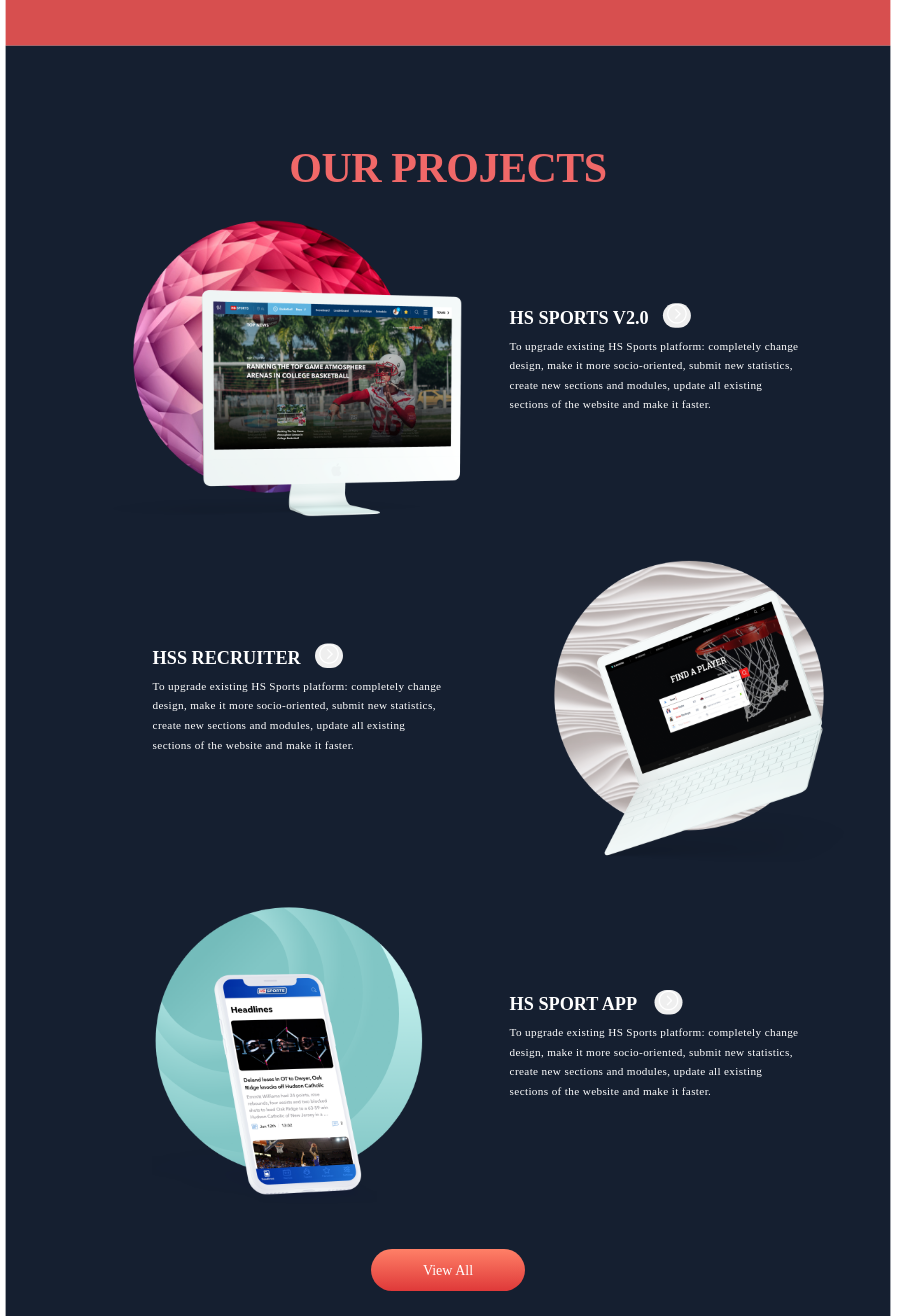
Repository: batonAnton/Ukiepro_girl
Page: MainPage.html
The author's editor kept a copy of each file at every save. The page is drawn from the files as they stood at one save, then again after the next save.
The browser window is 1280 px wide. The page is 1318 px wide, so the pictures cover 1318 px, including what lies to the right of the window. The pictures show the part of the page from y = 3566 to 5446 px (the page is 9087 px tall), at 70% of full size.

Above is the page before, as saved 2020-04-21 16:20:22.

### MainPage.html
<!DOCTYPE html>
<html lang="en">
  <head>
    <meta charset="UTF-8" />
    <meta name="viewport" content="width=device-width, initial-scale=1.0" />
    <meta content="width=device-width, initial-scale=1" name="viewport" />
    <title>Main Page</title>
    <link rel="stylesheet" href="./Css/style.css" />
    <link rel="stylesheet" href="./Css/media-query.css" />
    <link rel="stylesheet" href="Css/owl.carousel.min.css" />

    <script
      src="https://code.jquery.com/jquery-3.4.1.slim.min.js"
      integrity="sha256-pasqAKBDmFT4eHoN2ndd6lN370kFiGUFyTiUHWhU7k8="
      crossorigin="anonymous"
    ></script>
    <script src="js/owl.carousel.min.js"></script>
    <script src="js/owl-carousel.js"></script>
  </head>
  <body>
    <div>
      <div class="block1">
        <nav>
          <a href="">services</a>
          <a href="">about</a>
          <a href="">portfolio</a>
          <a href="">contact</a>
        </nav>
        <div class="big_logo">
          <img src="./img/Combined_Shape.png" alt="" />

          <div class="btn_block1">
            <p>
              Automating your <br />
              business is up to
            </p>

            <button>Contact us</button>
          </div>
        </div>
        <div class="girl">
          <img src="./img/girl.png" alt="" />
        </div>
      </div>

      <div class="container block2">
        <div class="block2_info">
          <div class="block2_img">
            <img src="/img/block2_logo.png" alt="" />
          </div>

          <div class="weare">
            <h1 class="h1_general">we are</h1>
            <p>
              Business is not about success but about efficiency! <br />
              We are engaged in the implementation of automated <br />
              solutions for commercially-oriented projects. We <br />
              redesign in order to save your time and money.
            </p>
            <button>More about us</button>
          </div>
        </div>

        <div class="container three_img_info">
          <div class="same_img_info">
            <h1>designers</h1>
            <img src="./img/designer.png" alt="" />
            <p>create</p>
          </div>

          <div class="same_img_info">
            <h1>developers</h1>
            <img src="./img/developers.png" alt="" />
            <p>programme</p>
          </div>

          <div class="same_img_info">
            <h1>qa testers</h1>
            <img src="./img/qa.png" alt="" />
            <p>quality</p>
          </div>
        </div>

        <div class="container block2_info2">
          <div class="wemake">
            <h1 class="h1_general">we make</h1>

            <p>
              New tools for organizing new approaches and principles of <br />
              work. <br />
              We create custom websites and mobile applications from <br />
              scratch. We take a new look at ready-made websites and <br />
              mobile applications. <br />
              Basically, these are business tools that organize people's <br />
              work, and help to collect and analyze information.
            </p>

            <button>Our services</button>
          </div>

          <div class="block2_img_rombo">
            <img src="/img/rombo.png" alt="" />
          </div>
        </div>

        <div class="container block2_info2 lastblock">
          <!-- <div> -->
          <h1 class="h1_general" style="margin-left: 10%;">
            technology partner for
          </h1>
          <!-- </div> -->

          <div class="same_img_info">
            <h1>co-founder</h1>
            <img src="./img/co-founder.png" alt="" />
          </div>

          <div class="same_img_info">
            <h1>
              small & medium <br />
              businesses
            </h1>
            <img src="./img/business.png" alt="" />
          </div>

          <div class="same_img_info">
            <h1>startups</h1>
            <img src="./img/startup.png" alt="" />
          </div>
        </div>
      </div>

      <!-- block3 -->

      <div class="block3">
        <h1 class="h1_general">our projects</h1>
        <div class="container block3_same_block">
          <img src="./img/block3_1.png" alt="" />
          <div class="block3_info">
            <h1>
              hs sports v2.0<button class="row_btn">
                <img src="./img/ico_next.png" alt="" />
              </button>
            </h1>
            <p>
              To upgrade existing HS Sports platform: completely change <br />
              design, make it more socio-oriented, submit new statistics, <br />
              create new sections and modules, update all existing <br />
              sections of the website and make it faster.
            </p>
          </div>
        </div>

        <div class="container block3_same_block block3_2">
          <img src="./img/block3_2.png" alt="" />
          <div class="block3_info_2">
            <h1>
              hss recruiter<button class="row_btn">
                <img src="./img/ico_next.png" alt="" />
              </button>
            </h1>
            <p>
              To upgrade existing HS Sports platform: completely change <br />
              design, make it more socio-oriented, submit new statistics, <br />
              create new sections and modules, update all existing <br />
              sections of the website and make it faster.
            </p>
          </div>
        </div>

        <div class="container block3_same_block">
          <img src="./img/block3_3.png" alt="" />
          <div class="block3_info">
            <h1>
              hs sport app
              <button class="row_btn">
                <img src="./img/ico_next.png" alt="" />
              </button>
            </h1>
            <p>
              To upgrade existing HS Sports platform: completely change <br />
              design, make it more socio-oriented, submit new statistics, <br />
              create new sections and modules, update all existing <br />
              sections of the website and make it faster.
            </p>
          </div>
        </div>
        <button>view all</button>
      </div>

      <!-- block4 -->

      <div class="block4">
        <img src="./img/block4_people.png" alt="" />
        <div class="block4_info">
          <h1>THE TEAM</h1>
          <p>
            Talented developers. <br />
            We are the team of 25 talented and experienced developers. <br />
            <br />
            We started working on a startup, we engage up to 5 programmers, 1
            <br />
            QA and a manager. Thus, efficient and successful products involve 25
            <br />
            people working on them.
          </p>
        </div>
      </div>

      <!-- block5_slide -->

      <div class="container block5">
        <div class="owl-carousel">
          <!-- <div class="item">
            <div class="block5_info">
              <img src="./img/img_ava.png" alt="" />
              <h1>D.Tramble</h1>
              <p>
                Oh my God! After starting an automated <br />
                process of an old business, I have got the <br />
                impression that 10 people in the company just <br />
                pretend to be working!
              </p>
            </div>
          </div> -->

          <p>
            Lorem ipsum, dolor sit amet consectetur adipisicing elit. Molestias,
            necessitatibus possimus libero at quidem quibusdam cum quis debitis
            sed ea excepturi blanditiis doloremque nobis! Laudantium nihil quis
            enim amet modi!
          </p>

          <p>
            Lorem ipsum, dolor sit amet consectetur adipisicing elit. Molestias,
            necessitatibus possimus libero at quidem quibusdam cum quis debitis
            sed ea excepturi blanditiis doloremque nobis! Laudantium nihil quis
            enim amet modi!
          </p>

          <p>
            Lorem ipsum, dolor sit amet consectetur adipisicing elit. Molestias,
            necessitatibus possimus libero at quidem quibusdam cum quis debitis
            sed ea excepturi blanditiis doloremque nobis! Laudantium nihil quis
            enim amet modi!
          </p>
        </div>
      </div>

      <!-- block6 anketa -->

      <div class="container block6">
        <div class="block6_info1">
          <div class="block6_info">
            <h1>get in touch</h1>
            <p>If you’ve got an issue, feel free to contact us.</p>

            <form action="">
              <!-- <label for="fname">Your name</label> <br> -->
              <input
                type="text"
                name="fname"
                id="fname"
                placeholder="Your name"
              />
              <br />
              <input
                type="tel"
                id="phone"
                name="phone"
                placeholder="mobile phone"
              />
              <br />
              <input type="email" placeholder="e-mail" /> <br />
              <input type="text" name="message" id="" placeholder="Message" />
              <br />
            </form>

            <button>Send</button>
          </div>
        </div>
        <div class="block6_img">
          <img src="./img/block6_girl.png" alt="" />
        </div>
      </div>

      <div class="container block7">
        <div class="block7_info1">
          <input
            type="image"
            id="image"
            alt="Login"
            src="./img/ukrepro_logo_foot.png"
            alt="logo"
          />
          <p>
            Company slogan or other description. <br />
            Main features that calls positive emotions <br />
            from users. Readable text, SEO, keywords <br />
            etc.
          </p>

          <input
            class="socialNet"
            type="image"
            id="image"
            alt="Login"
            src="./img/facebook.png"
            alt=""
          />
          <input
            class="socialNet"
            type="image"
            id="image"
            alt="Login"
            src="./img/instagram.png"
            alt=""
          />
        </div>

        <div class="block7_info2">
          <div class="nav_div">
            <h1>menu</h1>
            <nav>
              <a href="">Home page</a>
              <a href="">services</a>
              <a href="">about</a>
              <a href="">portfolio</a>
              <a href="">contact</a>
            </nav>
          </div>

          <div class="contacts_nav">
            <h1>contacts</h1>
            <nav>
              <a href="#location"
                ><img src="./img/icon_location.png" alt="" /> Lviv, Lemkivska
                9</a
              >
              <a href="email">
                <img src="./img/icon_email .png" alt="" /> info@ukiepro.com</a
              >
              <a href="phoneNum">
                <img src="./img/icon_phone.png" alt="" /> +38 (093) 69 81 184<br />
                +38 (099) 642 51 09</a
              >
            </nav>
          </div>
        </div>
      </div>

      <footer>
        <p>All rights reserved © 2019</p>
      </footer>
    </div>
  </body>
</html>

### Css/style.css
* {
  max-width: 100%;
}
button {
  width: 220px;
  height: 60px;
  border: none;
  border-radius: 33px;
  background-image: linear-gradient(180deg, #ff8067 0%, #df3939 100%);
  color: #ffffff;
  font-family: "Museo -700";
  text-transform: capitalize;
  font-size: 20px;
}
.container {
  max-width: 100%;
  width: 1100px;
  margin-left: auto;
  margin-right: auto;
}
.block1 {
  width: 100%;
  /* height: 920px; */
  position: relative;
  box-shadow: -8px 1px 116px rgba(0, 0, 0, 0.21);
  background-image: radial-gradient(
    circle 1673px at 29.24% 114.02%,
    #22466c 0%,
    #0e1f39 100%
  );
  /* opacity: -1; */
  z-index: 2;
}

.block1 nav {
  max-width: 100%;
  width: 1050px;
  margin-left: auto;
  margin-right: auto;
  margin-top: 0;
  padding-top: 40px;

  height: 19px;
  text-align: right;
  color: #ffffff;
  font-family: "Museo 500- Regular";
  font-size: 16px;
  font-weight: 400;
  letter-spacing: 0.89px;
}
.block1 nav a {
  width: 446px;
  height: 19px;
  color: #ffffff;
  font-family: "Museo 500- Regular";
  font-size: 16px;
  font-weight: 400;
  letter-spacing: 0.84px;
  /* Text style for "Services" */
  letter-spacing: 0.89px;
  text-transform: capitalize;
}

.block1 nav a + a {
  margin-left: 30px;
}
.big_logo {
  margin: 0 auto;
  padding-bottom: 100px;
  max-width: 100%;
  width: 1200px;
  text-align: center;
}
.block1 img {
  max-width: 100%;
  width: 1226px;
  height: 309px;
  margin: 0 auto;
  padding-top: 75px;
  margin-left: auto;
  margin-right: auto;
}

p {
  margin-block-start: 0em;
  margin-block-end: 0em;
}

.block1 p {
  width: 350px;
  height: 103px;
  opacity: 0.8;
  color: #ffffff;
  font-family: "Exo 2.0- Bold";
  font-size: 30px;
  font-weight: 700;
  letter-spacing: -0.03px;
  line-height: 40px;
}
.block1 button {
  width: 220px;
  height: 60px;
  border: none;
  border-radius: 33px;
  background-image: linear-gradient(180deg, #ff8067 0%, #df3939 100%);
  color: #ffffff;
  font-family: "Museo -700";
  font-size: 20px;
}
.btn_block1 {
  text-align: left;
  margin-left: 50px;
  margin-top: 80px;
}
.block1 button {
  margin-top: 50px;
}

.block1 .girl img {
  width: 729px;
  height: 957px;
  position: absolute;
  top: 25%;
  left: 35%;
}

.block2 {
  width: 100%;
  /* height: 2851px; */
  overflow: hidden;
  padding-bottom: 300px;
  background-image: radial-gradient(
    circle 1288px at 65.32% 35.97%,
    #ff7260 0%,
    #d74f4f 100%
  );
  z-index: 0;
}
.block2_info {
  overflow: hidden;
  width: 1200px;
  padding-bottom: 210px;
  margin-left: auto;
  margin-right: auto;
}

/* .block2_img {
  width: 1306px;
  height: 895px;
  left: -25%;
  top: 85%;
  position: absolute;
} */

.block2_img img {
  left: -25%;
  top: 85%;
  position: absolute;
}

.weare {
  float: right;
  margin: 10% 10%;
}

.weare h1 {
  height: 70px;
  color: #242f3a;
  font-family: "Exo 2.0- Bold";
  font-size: 60px;
  font-weight: 700;
  letter-spacing: 0.52px;
  text-transform: uppercase;
}

.weare p {
  height: 219px;
  /* opacity: 0.9; */
  color: #ffffff;
  font-family: "Museo 500- Regular";
  font-size: 18px;
  font-weight: 400;
  letter-spacing: 0.48px;
  line-height: 32px;
  /* Text style for "Business i" */
  font-family: "Museo -700";
}

.block2_info button {
  width: 220px;
  height: 60px;
  border-radius: 33px;
  border: 3px solid #ffffff;
}

.three_img_info {
  display: flex;
  flex-direction: row;
  padding-bottom: 100px;
}

.three_img_info h1 {
  height: 38px;
  color: #242f3a;
  font-family: "Exo 2.0- Bold";
  font-size: 32px;
  font-weight: 700;
  letter-spacing: 0.28px;
  text-transform: uppercase;
}

.same_img_info {
  width: 50%;
  text-align: center;
}

.same_img_info img {
  height: 230px;
  margin-top: 60px;
}

.same_img_info p {
  width: 50px;
  margin-top: -60%;
  transform: rotate(90deg);
  color: #ff9291;
  font-family: "Exo 2.0- Bold";
  font-size: 42px;
  font-weight: 700;
  letter-spacing: 0.37px;
  text-transform: uppercase;
}

.block2_info2 {
  display: flex;
  flex-direction: row;
  height: 895px;
  width: 1200px;
  margin-left: auto;
  margin-right: auto;
}

.wemake {
  margin: 20% 0% 0% 10%;
  width: 510px;
}
.h1_general {
  height: 70px;
  color: #242f3a;
  font-family: "Exo 2.0- Bold";
  font-size: 60px;
  font-weight: 700;
  letter-spacing: 0.52px;
  text-transform: uppercase;
}

.wemake p {
  height: 256px;
  /* opacity: 0.9; */
  color: #ffffff;
  font-family: "Museo 500- Regular";
  font-size: 14px;
  font-weight: 400;
  letter-spacing: 0.48px;
  line-height: 32px;
  /* Text style for "Business i" */
  font-family: "Museo -700";
}

.block2_info2 button {
  width: 220px;
  height: 60px;
  border-radius: 33px;
  border: 3px solid #ffffff;
}

/* rombo property */

.block2_img_rombo {
  position: relative;
}

.block2_img_rombo img {
  margin: -12% 0% 0% 59%;
}

.same_img_info h1 {
  height: 68px;
  color: #242f3a;
  font-family: "Exo 2.0- Bold";
  font-size: 32px;
  font-weight: 700;
  letter-spacing: 0.28px;
  text-transform: uppercase;
}

.lastblock {
  flex-wrap: wrap;
  height: 400px;
}

.lastblock .same_img_info {
  flex: 1 1 30%;
  text-align: center;
}

/* block3 */
.block3 {
  width: 100%;
  /* height: 1982px; */
  background-color: #151f30;
  display: inline-block;
  text-align: center;
  padding-bottom: 240px;
  z-index: 2;
}

.block3 .h1_general {
  /* width: 424px; */
  height: 70px;
  margin-top: 140px;
  color: #f06868;
  font-family: "Exo 2.0- Bold";
  font-size: 60px;
  font-weight: 700;
  letter-spacing: -0.68px;
  text-transform: uppercase;
}

.block3_same_block {
  width: 1100px;
  display: block;
  margin-bottom: 60px;
}

.block3_info {
  float: right;
  margin-top: 100px;
  text-align: left;
}
.block3_info_2 {
  float: left;
  margin-top: 100px;
  text-align: left;
}

.block3 h1 {
  /* width: 285px; */
  height: 30px;
  color: #ffffff;
  font-family: "Exo 2.0- Bold";
  font-size: 26px;
  font-weight: 700;
  text-transform: uppercase;
}
.block3 p {
  width: 462px;
  height: 140px;
  color: #ffffff;
  font-family: "Museo 500- Regular";
  font-size: 16px;
  font-weight: 400;
  letter-spacing: 0.5px;
  line-height: 28px;
}

.block3 .row_btn {
  width: 40px;
  height: auto;
  margin-left: 20px;
  background-image: none;
}

/* block4 */

.block4 {
  background-image: radial-gradient(
    circle 518px at 51.13% 543.37%,
    #f17060 0%,
    #d65454 100%
  );
  text-align: center;
  z-index: 0;
  position: relative;
}

.block4 img {
  margin-top: -80px;
  z-index: 2;
}

.block4_info {
  position: absolute;
  z-index: 0;
  left: 40%;
  margin-left: -50px;
  top: 20%;
  margin-top: -50px;
}
.block4 h1 {
  height: 70px;
  color: #1f3040;
  font-family: "Exo 2.0- Bold";
  font-size: 60px;
  font-weight: 700;
  letter-spacing: -0.68px;
  text-transform: uppercase;
}

.block4 p {
  height: 232px;
  opacity: 0.85;
  color: #1c2b3d;
  font-family: "Museo 500- Regular";
  font-size: 18px;
  font-weight: 400;
  letter-spacing: 0.5px;
  line-height: 32px;
}

/* block5 */

.block5 {
  background-color: #151f30;
  text-align: center;
  width: auto;
}

.block5_info {
  padding: 130px 0px 130px 0px;
}

.block5 h1 {
  height: 23px;
  color: #ffffff;
  font-family: "Museo -700";
  font-size: 20px;
  letter-spacing: -0.21px;
}
.block5 p {
  padding: 30px;
  height: 132px;
  color: #ffffff;
  font-family: "Museo 500- Regular";
  font-size: 18px;
  font-weight: 400;
  letter-spacing: 0.59px;
  line-height: 32px;
}

/* block6 */

.block6 {
  background-color: #1d2635;
  display: inline-flex;
  width: 100%;
}

.block6_info {
  margin: 160px 0px 0px 300px;
}

.block6 h1 {
  height: 70px;
  color: #f06868;
  font-family: "Exo 2.0- Bold";
  font-size: 60px;
  font-weight: 700;
  /* letter-spacing: 1.33px; */
  text-transform: uppercase;
}

.block6 p {
  height: 38px;
  color: #ffffff;
  font-family: "Museo 500- Regular";
  font-size: 24px;
  font-weight: 400;
  line-height: 38px;
}

.block6 form {
  /* padding: 100px; */
  margin: 70px 0px 70px 0px;
}

.block6 input {
  width: 360px;
  height: 40px;
  outline: 0;
  background-color: #1d2635;
  border-width: 0 0 2px;
  border-color: #ffffff;
  margin: 10px;
}

.block6_img {
  /* width: 40%; */
  padding-top: 50px;
  margin-left: 300px;
}

.block7 {
  width: 100%;
  display: inline-flex;
  box-shadow: -8px 1px 116px rgba(0, 0, 0, 0.21);
  background-image: radial-gradient(
    circle 2620px at 8.45% 1238.64%,
    #151f2f 0%,
    #2f4058 100%
  );
}

.block7_info1 {
  width: 40%;
  margin: 160px 0px 0px 300px;
}

.block7_info2 {
  width: 60%;
  margin: 160px 0px 0px 0px;
  display: inline-flex;
}

.block7 h1 {
  height: 23px;
  color: #ffffff;
  text-transform: capitalize;
  font-family: "Museo 500- Regular";
  font-size: 20px;
  font-weight: 400;
  letter-spacing: 1px;
  padding-bottom: 20px;
}
.block7 p {
  margin: 70px 0px 70px 0px;
  height: 120px;
  opacity: 0.6;
  color: #ffffff;
  font-family: "Museo 500- Regular";
  font-size: 16px;
  font-weight: 400;
  letter-spacing: 1px;
  line-height: 30px;
}

.block7 .socialNet {
  margin-bottom: 180px;
  padding: 10px;
}
.contacts_nav {
  margin-left: 100px;
}
.contacts_nav img {
  width: 44px;
  height: 44px;
  margin-right: 20px;
}

.block7 nav a {
  display: flex;
  color: #ffffff;
  font-family: "Museo 500- Regular";
  font-size: 16px;
  font-weight: 400;
  letter-spacing: 1px;
  line-height: 60px;
  text-transform: capitalize;
}

/* footer */

footer {
  text-align: center;
  padding: 40px 0px 40px 0px;
  background-image: linear-gradient(
    to right,
    #151f2f 0%,
    rgba(47, 64, 88, 0) 100%
  );
}

footer p {
  /* height: 30px; */
  color: #ffffff;
  font-family: "Museo 500- Regular";
  font-size: 16px;
  font-weight: 400;
  letter-spacing: 1px;
  line-height: 30px;
}

### Css/media-query.css
@media all and (max-width: 1920px) {
  .block2_img_rombo img {
    margin: -12% 0% 0% 55%;
  }
}

@media all and (min-width: 1785px) and (max-width: 1880px) {
  block2_img img {
    left: -29%;
  }
}

@media all and (min-width: 1620px) and (max-width: 1785px) {
  block2_img img {
    left: -40%;
  }
}

@media all and (min-width: 1620px) and (max-width: 1780px) {
  .block2_img img {
    left: -36%;
  }
}
@media all and (max-width: 1705px) {
  .block2_img img {
    left: -33%;
  }
}

@media all and (min-width: 1435px) and (max-width: 1485px) {
  .block2_img img {
    left: -45%;
  }
}

@media all and (min-width: 1360px) and (max-width: 1435px) {
  .block2_img img {
    left: -49%;
  }
}

@media all and (max-width: 1350px) {
  .block2_img img {
    left: -60%;
  }
}

@media all and (min-height: 535px) {
  .weare {
    margin: 20% 10%;
  }
}

@media all and (max-width: 1650px) {
  .block2_img_rombo img {
    margin: -12% 0% 0% 35%;
  }
}

@media all and (min-width: 1120px) and (max-width: 1450px) {
  .big_logo {
    max-width: 80%;
  }

  .big_logo img {
    height: auto;
  }
  .block4_info {
    margin-left: -140px;
  }

  .block2_info {
    padding-bottom: 0px;
  }

  .block3_2 {
    margin-left: 210px;
  }

  .block6_img {
    /* width: 40%; */
    padding-top: 50px;
    margin-left: 145px;
  }
  .block6_info {
    margin: 60px 0px 0px 120px;
  }

  .block6 h1 {
    font-size: 50px;
  }

  .block6 {
    padding: 100px 0px 100px 0px;
  }
}

@media all and (min-width: 750px) and (max-width: 1120px) {
  .block1 nav {
    margin-left: -120px;
  }

  .btn_block1 {
    margin-left: 0px;
  }

  .block1 p {
    font-size: 25px;
  }

  .block1 button {
    width: 180px;
  }

  .big_logo {
    max-width: 80%;
  }

  .big_logo img {
    height: auto;
  }

  .block1 .girl img {
    width: 60%;
    height: auto;
  }
  .block6 {
    padding: 100px 0px 100px 0px;
  }
}

### js/owl-carousel.js
$(document).ready(function () {
  $(".owl-carousel").owlCarousel({
    loop: true,
    margin: 10,
    responsive: {
      0: {
        items: 1,
      },
      600: {
        items: 3,
      },
      1000: {
        items: 5,
      },
    },
  });
});

Loaded but not shown: Css/owl.carousel.min.css (library); js/owl.carousel.min.js (library)

After the next save:
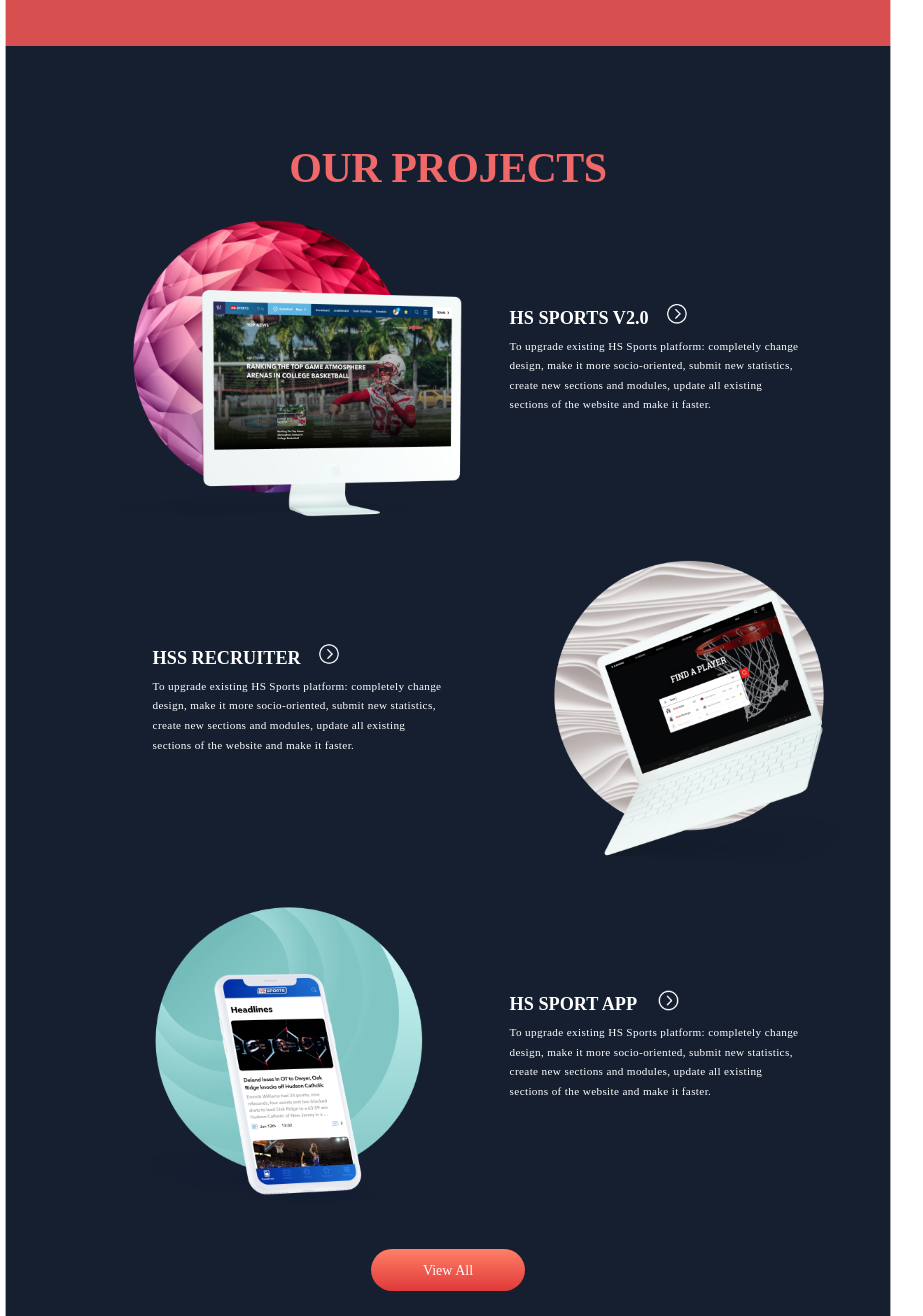
Saved 8 min 5 s later.
--- a/Css/style.css
+++ b/Css/style.css
@@ -368,6 +368,7 @@
   width: 40px;
   height: auto;
   margin-left: 20px;
+  background-color: #151f30;
   background-image: none;
 }
 
